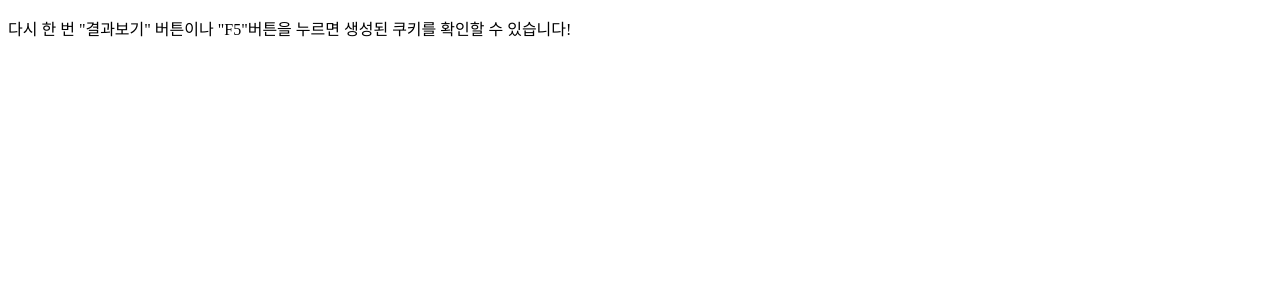
Repository: dudals3844/php_study
Page: http://localhost/
The author's editor kept a record of every edit. The page is drawn from the files as they stood at one moment, then again after the next edit.
The browser window is 1280 px wide. The pictures show the whole page.
The page is run by PHP 8.4 with error messages shown; the project is at /var/www/html/.

Above is the page before.

### index.php
<!DOCTYPE html>
<html lang="ko">

<head>
	<meta charset="UTF-8">
	<title>PHP Form</title>
</head>

<body>

	<p>다시 한 번 "결과보기" 버튼이나 "F5"버튼을 누르면 생성된 쿠키를 확인할 수 있습니다!</p>

</body>



</html>

After the next edit:
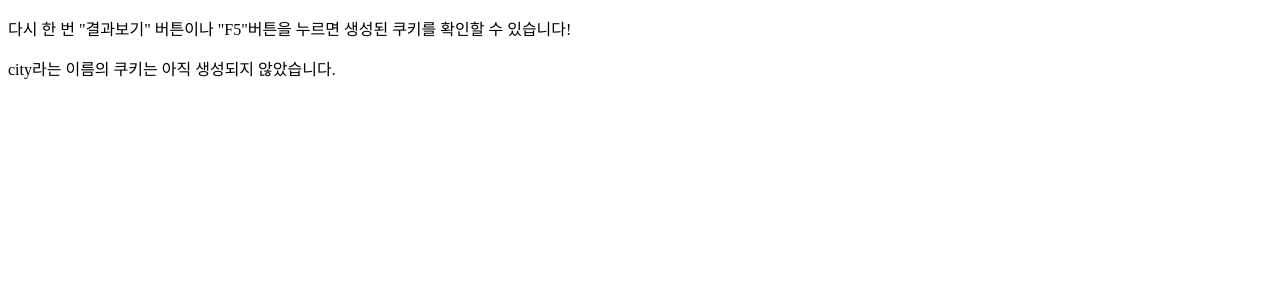
The edit:
--- a/index.php
+++ b/index.php
@@ -1,17 +1,25 @@
 <!DOCTYPE html>
+<?php
+	$cookieName = "city";
+	$cookieValue = "서울";
+	setcookie($cookieName, $cookieValue, time()+60, "/");	// 쿠키가 60초 간 지속됨.
+	//PHP에서는 setcookie() 함수를 이용하여 쿠키를 생성할 수 있습니다.
+?>
 <html lang="ko">
 
 <head>
 	<meta charset="UTF-8">
-	<title>PHP Form</title>
+	<title>PHP Cookie And Session</title>
 </head>
 
 <body>
 
 	<p>다시 한 번 "결과보기" 버튼이나 "F5"버튼을 누르면 생성된 쿠키를 확인할 수 있습니다!</p>
 
-</body>
-
-
-
-</html>
+<?php
+	if(!isset($_COOKIE[$cookieName])) {		// 해당 쿠키가 존재하지 않을 때
+		echo "{$cookieName}라는 이름의 쿠키는 아직 생성되지 않았습니다.";
+	} else {								// 해당 쿠키가 존재할 때
+		echo "{$cookieName}라는 이름의 쿠키가 생성되었으며, 생성된 값은 '".$_COOKIE[$cookieName]."'입니다.";
+	}
+?>
